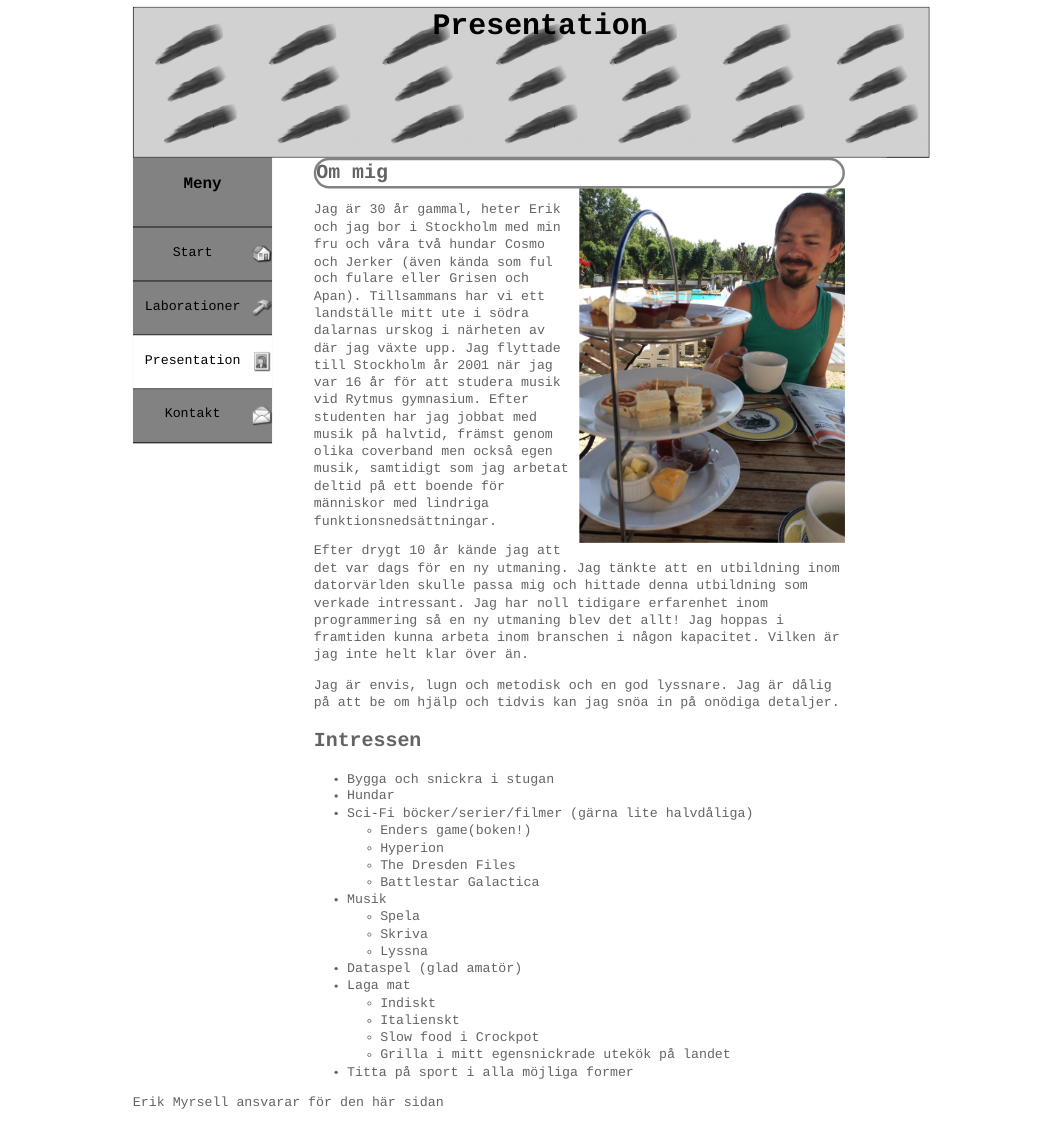
Repository: em222mt/1IK415_em222mt
Page: pages/presentation.html
The author's editor kept a record of every edit. The page is drawn from the files as they stood at one moment, then again after the next edit.
The browser window is 1280 px wide. The pictures show the whole page, at 83% of full size.

Above is the page before.

After the next edit:
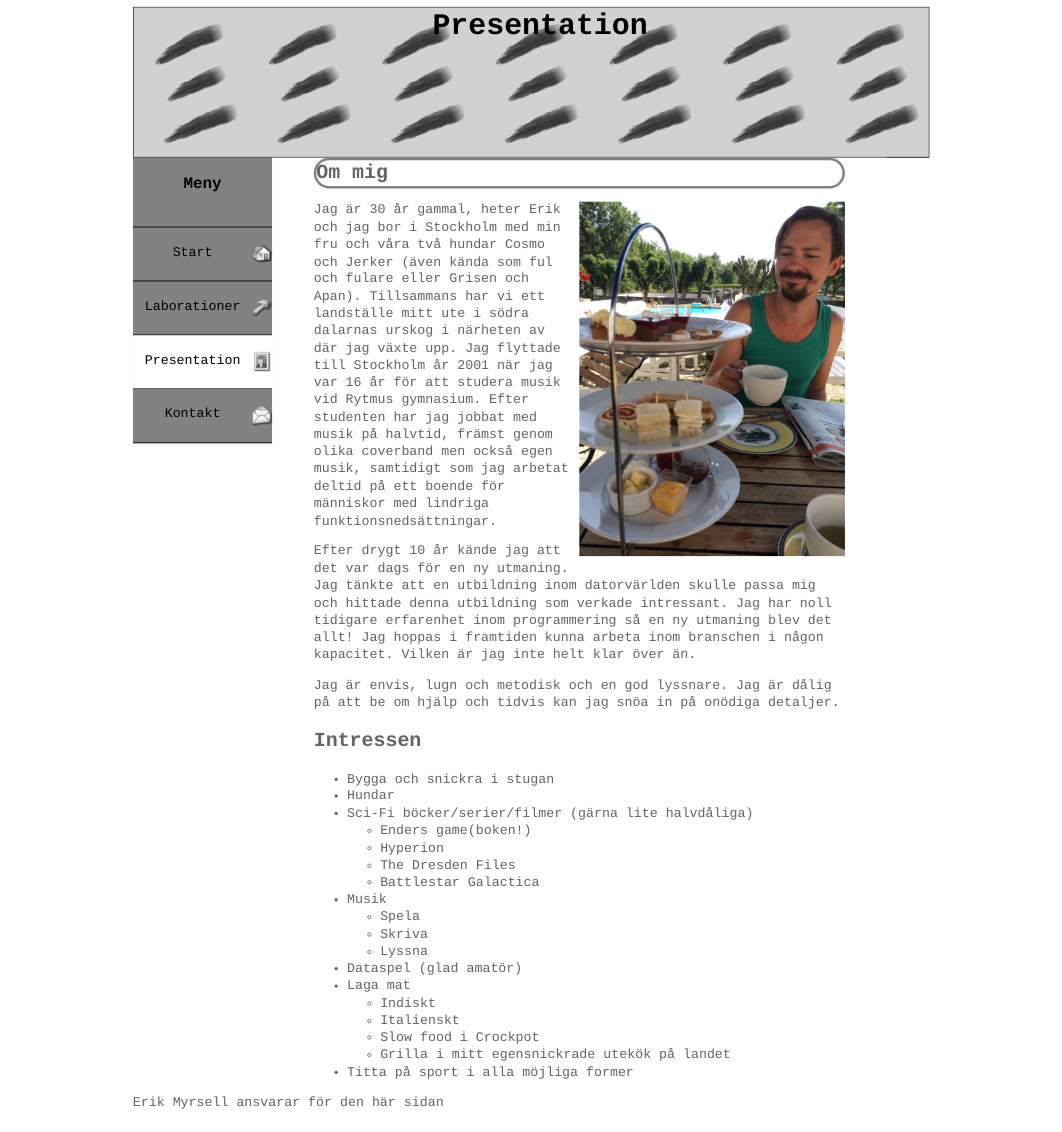
The edit:
--- a/pages/presentation.html
+++ b/pages/presentation.html
@@ -55,19 +55,20 @@
                     <h2>Om mig</h2>
                 </header>
 
-                <img id="biopic" src="../pics/tea.jpg" alt="Sommar med Afternoon tea på Häringe slott" width="360" height="480">
+                <article>
+                    <img id="biopic" src="../pics/tea.jpg" alt="Sommar med Afternoon tea på Häringe slott" width="360" height="480">
 
-                <p>Jag är 30 år gammal, heter Erik och jag bor i Stockholm med min fru och våra två hundar Cosmo och Jerker (även kända som ful och fulare eller Grisen och Apan).
-                   Tillsammans har vi ett landställe mitt ute i södra dalarnas urskog i närheten av där jag växte upp. Jag flyttade till Stockholm år 2001 när jag var 16 år för att studera musik vid
-                   Rytmus gymnasium. Efter studenten har jag jobbat med musik på halvtid, främst genom olika coverband men också egen musik, samtidigt som jag arbetat deltid på ett boende för människor med
-                   lindriga funktionsnedsättningar.
-                </p>
-                <p>Efter drygt 10 år kände jag att det var dags för en ny utmaning. Jag tänkte att en utbildning inom datorvärlden skulle passa mig och hittade denna utbildning som verkade intressant.
-                   Jag har noll tidigare erfarenhet inom programmering så en ny utmaning blev det allt! Jag hoppas i framtiden kunna arbeta inom branschen i någon kapacitet. Vilken är jag inte helt klar över än.
-                </p>
-                <p>Jag är envis, lugn och metodisk och en god lyssnare. Jag är dålig på att be om hjälp och tidvis kan jag snöa in på onödiga detaljer.
-                </p>
-            </article>
+                    <p>Jag är 30 år gammal, heter Erik och jag bor i Stockholm med min fru och våra två hundar Cosmo och Jerker (även kända som ful och fulare eller Grisen och Apan).
+                       Tillsammans har vi ett landställe mitt ute i södra dalarnas urskog i närheten av där jag växte upp. Jag flyttade till Stockholm år 2001 när jag var 16 år för att studera musik vid
+                       Rytmus gymnasium. Efter studenten har jag jobbat med musik på halvtid, främst genom olika coverband men också egen musik, samtidigt som jag arbetat deltid på ett boende för människor med
+                       lindriga funktionsnedsättningar.
+                    </p>
+                    <p>Efter drygt 10 år kände jag att det var dags för en ny utmaning. Jag tänkte att en utbildning inom datorvärlden skulle passa mig och hittade denna utbildning som verkade intressant.
+                       Jag har noll tidigare erfarenhet inom programmering så en ny utmaning blev det allt! Jag hoppas i framtiden kunna arbeta inom branschen i någon kapacitet. Vilken är jag inte helt klar över än.
+                    </p>
+                    <p>Jag är envis, lugn och metodisk och en god lyssnare. Jag är dålig på att be om hjälp och tidvis kan jag snöa in på onödiga detaljer.
+                    </p>
+                </article>
             <article>
             <h2>Intressen</h2>
 
